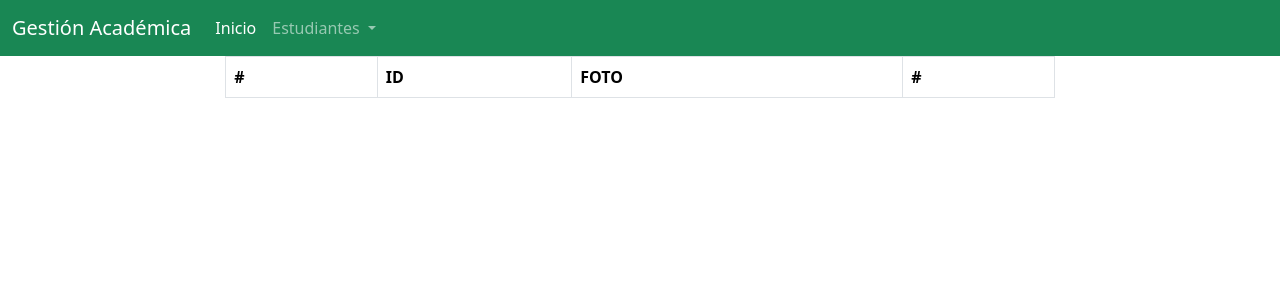
Repository: cesartomedes/frontacademico
Page: /
The author's editor kept a copy of each file at every save. The page is drawn from the files as they stood at one save, then again after the next save.
The browser window is 1280 px wide. The pictures show the whole page.
The project was rebuilt for these pictures with package versions that can differ from the ones it lists, and the page was loaded fresh each time. Also part of the build but not shown: vue.config.js, src/components/HelloWorld.vue, src/views/EstudianteNew.vue, src/views/EstudianteEdit.vue, src/views/EstudianteView.vue.

Above is the page before, as saved 2023-10-24 15:43:53.

### src/main.js
import { createApp } from 'vue'
import App from './App.vue'
import router from './router'
import store from './store'
import '@fortawesome/fontawesome-free/css/all.min.css'
import 'bootstrap/dist/css/bootstrap.css'


createApp(App).use(store).use(router).mount('#app')

import 'bootstrap/dist/js/bootstrap'

### src/App.vue
<template>
      <nav class="navbar navbar-expand-lg navbar-dark bg-success">
        <div class="container-fluid">
          <a class="navbar-brand" href="#">Gestión Académica</a>
          <button class="navbar-toggler" type="button" data-bs-toggle="collapse" data-bs-target="#navbarSupportedContent" aria-controls="navbarSupportedContent" aria-expanded="false" aria-label="Toggle navigation">
            <span class="navbar-toggler-icon"></span>
          </button>
          <div class="collapse navbar-collapse" id="navbarSupportedContent">
            <ul class="navbar-nav me-auto mb-2 mb-lg-0">
              <li class="nav-item">
                <a class="nav-link active" aria-current="page" href="#">Inicio</a>
              </li>

              <li class="nav-item dropdown">
                <a class="nav-link dropdown-toggle" href="#" role="button" data-bs-toggle="dropdown" aria-expanded="false">
                  Estudiantes
                </a>
                <ul class="dropdown-menu">

                  <li>
                    <router-link class="dropdown-item" to="/">Listar Estudiantes</router-link>
                  </li>

                  <li>
                    <router-link class="dropdown-item" to="/createE">Registrar Nuevo</router-link>
                  </li>
                  <li><hr class="dropdown-divider"></li>
                  <li><a class="dropdown-item" href="#">Something else here</a></li>
                </ul>
              </li>
            </ul>

          </div>
        </div>
    </nav>
    <div class="container-fluid">
      <router-view/>
    </div>

</template>

### src/router/index.js
import { createRouter, createWebHashHistory } from 'vue-router'
import HomeView from '../views/HomeView.vue'
import EstudianteNew from '../views/EstudianteNew.vue'
import EstudianteEdit from '../views/EstudianteEdit.vue'
import EstudianteView from '../views/EstudianteView.vue'

const routes = [
  {
    path: '/',
    name: 'home',
    component: HomeView
  },

  {
    path: '/createE',
    name: 'createE',
    component: EstudianteNew
  },

  {
    path: '/editE/:id',
    name: 'editE',
    component: EstudianteEdit
  },

  {
    path: '/viewE/:id',
    name: 'viewE',
    component: EstudianteView
  }
]

const router = createRouter({
  history: createWebHashHistory(),
  routes
})

export default router

### src/views/HomeView.vue
<template>
      <div class="row">
        <div class="col-lg-8 offset-lg-2">
          <div class="table-responsive">
            <table class="table table-bordered table-hover">
              <thead>
                <tr>
                  <th>#</th>
                  <th>ID</th>
                  <th>FOTO</th>
                  <th>#</th>
                </tr>
              </thead>
            </table>
          </div>
        </div>
      </div>
</template>

<script>
// @ is an alias to /src
import HelloWorld from '@/components/HelloWorld.vue'

export default {
  name: 'HomeView',
  components: {
    HelloWorld
  }
}
</script>

Loaded but not shown: public/index.html (common file); src/store/index.js (common file)

After the next save:
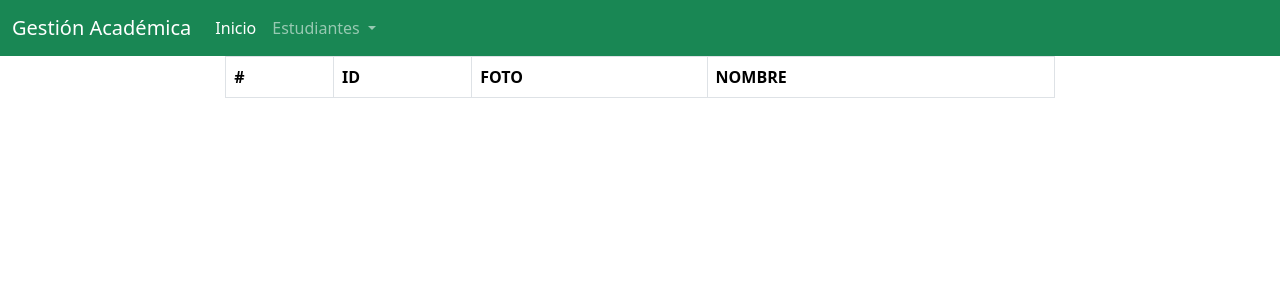
Saved 5 s later.
--- a/src/views/HomeView.vue
+++ b/src/views/HomeView.vue
@@ -8,7 +8,7 @@
                   <th>#</th>
                   <th>ID</th>
                   <th>FOTO</th>
-                  <th>#</th>
+                  <th>NOMBRE</th>
                 </tr>
               </thead>
             </table>
